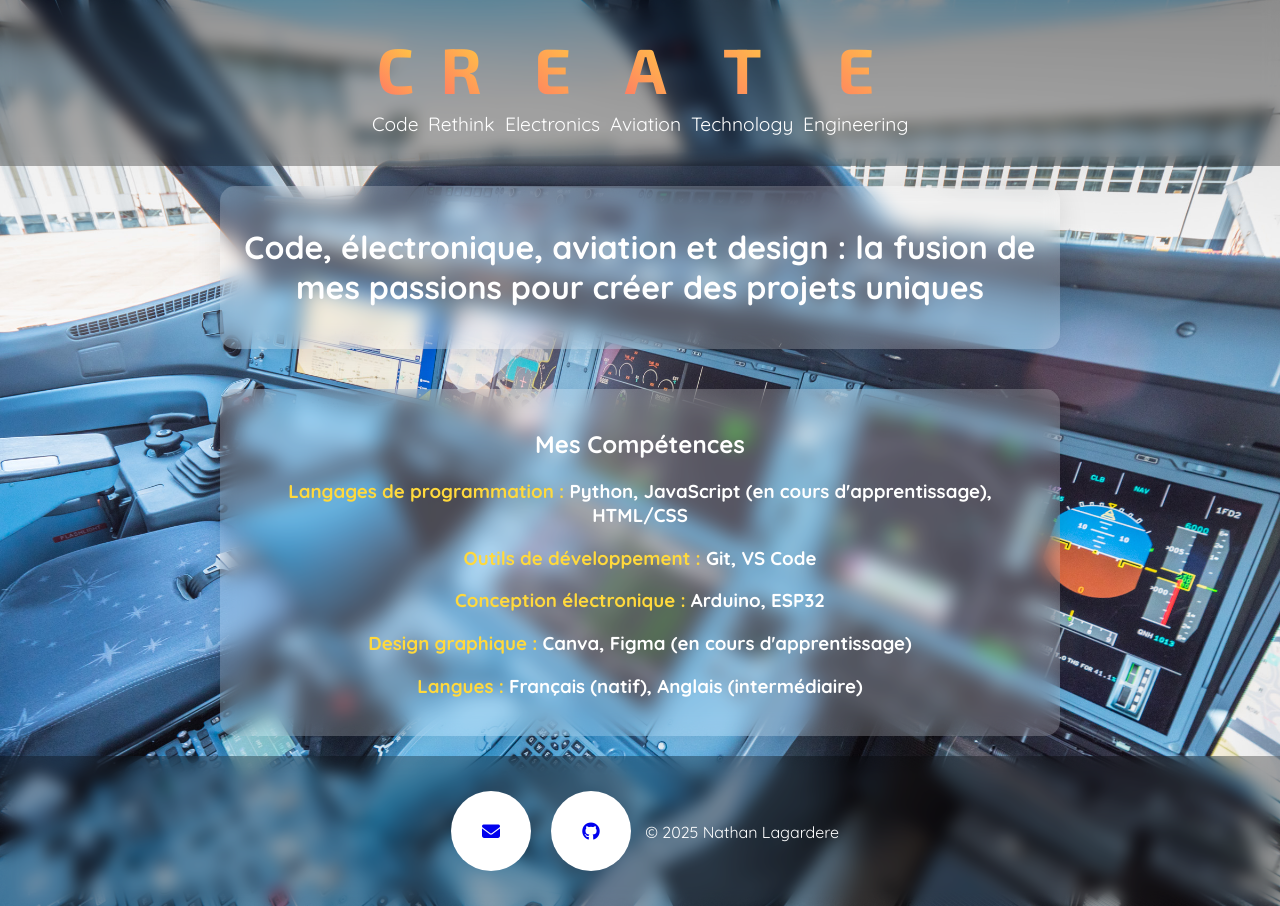
Repository: nlagardere/myportfolio
Page: index.html
These files come from the project's save history. The page is drawn as it stood at one moment and after the next save; the edit follows.
The browser window is 1280 px wide. The pictures show the whole page.

Above is the page before, as saved 2025-09-06 10:15:45.

### index.html
<!DOCTYPE html>
<html lang="fr">
<head>
  <meta charset="UTF-8">
  <meta name="viewport" content="width=device-width, initial-scale=1.0">
  <title>Portfolio</title>

  <!-- Google Fonts -->
  <link href="https://fonts.googleapis.com/css2?family=Exo+2:wght@400;700&family=Quicksand:wght@400;700&display=swap" rel="stylesheet">
  <!-- Font Awesome -->
  <link rel="stylesheet" href="https://cdnjs.cloudflare.com/ajax/libs/font-awesome/6.5.0/css/all.min.css">

  <style>
    /* ========== BODY & LAYOUT ========== */
    body {
      font-family: 'Quicksand', sans-serif;
      margin: 0;
      padding: 0;
      min-height: 100vh;
      display: flex;
      flex-direction: column;
      background: url('a350.jpg') no-repeat center center;
      background-size: cover;
      color: #fff;
    }

    header {
      text-align: center;
      padding: 30px 20px;
      background: rgba(0,0,0,0.3);
      backdrop-filter: blur(8px);
    }

    /* ========== GLASS CARD ========== */
    .glasscard, .competences {
      background: rgba(255, 255, 255, 0.2);
      border-radius: 15px;
      padding: 20px;
      margin: 20px auto;
      max-width: 800px;
      backdrop-filter: blur(10px);
      box-shadow: 0 4px 30px rgba(0,0,0,0.1);
      text-align: center;
      animation: zoomPop 1s ease forwards;
      color: white;
    }

    .highlight {
      color: #FFD93D;
      font-weight: bold;
    }

    @keyframes zoomPop {
      0% { opacity: 0; transform: scale(0.1) translateZ(-800px); }
      60% { opacity: 1; transform: scale(1.2) translateZ(50px); }
      80% { transform: scale(0.95) translateZ(0); }
      100% { opacity: 1; transform: scale(1) translateZ(0); }
    }

    /* ========== ACRONYM ========== */
    .acronym-container {
      display: flex;
      justify-content: center;
      gap: 10px;
      flex-wrap: wrap;
      perspective: 1000px;
    }

    .letter-block {
      flex: none;
      text-align: center;
      opacity: 0;
      transform: scale(0.1) translateZ(-800px);
      animation: zoomPop 0.8s cubic-bezier(0.25, 1.5, 0.5, 1) forwards;
    }

    .letter-block:nth-child(1) { animation-delay: 0s; }
    .letter-block:nth-child(2) { animation-delay: 0.1s; }
    .letter-block:nth-child(3) { animation-delay: 0.2s; }
    .letter-block:nth-child(4) { animation-delay: 0.3s; }
    .letter-block:nth-child(5) { animation-delay: 0.4s; }
    .letter-block:nth-child(6) { animation-delay: 0.5s; }

    .letter-block .letter {
      font-size: 4em;
      font-weight: bold;
      font-family: 'Exo 2', sans-serif;
      background: linear-gradient(45deg, #FF6B6B, #FFD93D);
      -webkit-background-clip: text;
      -webkit-text-fill-color: transparent;
      transition: filter 0.2s;
    }

    .letter-block .letter:hover {
      filter: brightness(1.2);
    }

    .letter-block .desc {
      font-size: 1.2em;
      margin-top: 5px;
    }

    /* ========== SOCIAL ICONS ========== */
    .wrapper {
      display: inline-flex;
      justify-content: center;
      list-style: none;
      padding: 20px 0;
      margin: 0 auto;
    }

    .wrapper .icon {
      position: relative;
      background: #ffffff;
      border-radius: 50%;
      padding: 15px;
      margin: 0 10px;
      width: 50px;
      height: 50px;
      font-size: 18px;
      display: flex;
      justify-content: center;
      align-items: center;
      cursor: pointer;
      transition: all 0.2s cubic-bezier(0.68, -0.55, 0.265, 1.55);
    }

    .wrapper .tooltip {
      position: absolute;
      bottom: 100%;
      left: 50%;
      transform: translateX(-50%) translateY(-10px);
      font-size: 14px;
      background: #333;
      color: #fff;
      padding: 5px 8px;
      border-radius: 5px;
      opacity: 0;
      pointer-events: none;
      white-space: nowrap;
      transition: all 0.3s cubic-bezier(0.68, -0.55, 0.265, 1.55);
      z-index: 10;
    }

    .wrapper .tooltip::before {
      content: "";
      position: absolute;
      top: 100%;
      left: 50%;
      transform: translateX(-50%) rotate(45deg);
      width: 8px;
      height: 8px;
      background: #333;
    }

    .wrapper .icon:hover .tooltip {
      opacity: 1;
      pointer-events: auto;
      transform: translateX(-50%) translateY(-15px);
    }

    .wrapper .mail:hover,
    .wrapper .mail:hover .tooltip,
    .wrapper .mail:hover .tooltip::before {
      background: #00CED1;
      color: #fff;
    }

    .wrapper .github:hover,
    .wrapper .github:hover .tooltip,
    .wrapper .github:hover .tooltip::before {
      background: #333333;
      color: #fff;
    }

    /* ========== FOOTER ========== */
    .footer{
      text-align: center;
      padding: 15px 20px;
      background: rgba(0,0,0,0.3);
      backdrop-filter: blur(8px);
      color: white;
      margin-top: auto; /* ça force le footer en bas */

    }

    /* ========== RESPONSIVE ========== */
    @media (max-width: 600px) {
      .letter-block .letter {
        font-size: 2.5em;
      }
    }

  </style>
</head>
<body>
  <header>
    <div class="acronym-container">
      <div class="letter-block">
        <div class="letter">C</div>
        <div class="desc">Code</div>
      </div>
      <div class="letter-block">
        <div class="letter">R</div>
        <div class="desc">Rethink</div>
      </div>
      <div class="letter-block">
        <div class="letter">E</div>
        <div class="desc">Electronics</div>
      </div>
      <div class="letter-block">
        <div class="letter">A</div>
        <div class="desc">Aviation</div>
      </div>
      <div class="letter-block">
        <div class="letter">T</div>
        <div class="desc">Technology</div>
      </div>
      <div class="letter-block">
        <div class="letter">E</div>
        <div class="desc">Engineering</div>
      </div>
    </div>
  </header>

  <div class="glasscard">
    <h1>Code, électronique, aviation et design : la fusion de mes passions pour créer des projets uniques</h1>
  </div>

  <div class="competences">
    <h2>Mes Compétences</h2>
    <h3><span class="highlight">Langages de programmation :</span> Python, JavaScript (en cours d'apprentissage), HTML/CSS</h3>
    <h3><span class="highlight">Outils de développement :</span> Git, VS Code</h3>
    <h3><span class="highlight">Conception électronique :</span> Arduino, ESP32</h3>
    <h3><span class="highlight">Design graphique :</span> Canva, Figma (en cours d'apprentissage)</h3>
    <h3><span class="highlight">Langues :</span> Français (natif), Anglais (intermédiaire)</h3>
  </div>

  <div class="footer">
    <ul class="wrapper">
      <li class="icon mail">
        <a href="mailto:nathan.lagardere@gmail.com" target="_blank">
          <span class="tooltip">Mail</span>
          <i class="fas fa-envelope"></i>
        </a>
      </li>
      <li class="icon github">
        <a href="https://github.com/nlagardere" target="_blank">
          <span class="tooltip">Github</span>
          <i class="fab fa-github"></i>
        </a>
      </li>
    </ul>
    © 2025 Nathan Lagardere
  </div>
</body>
</html>

After the next save:
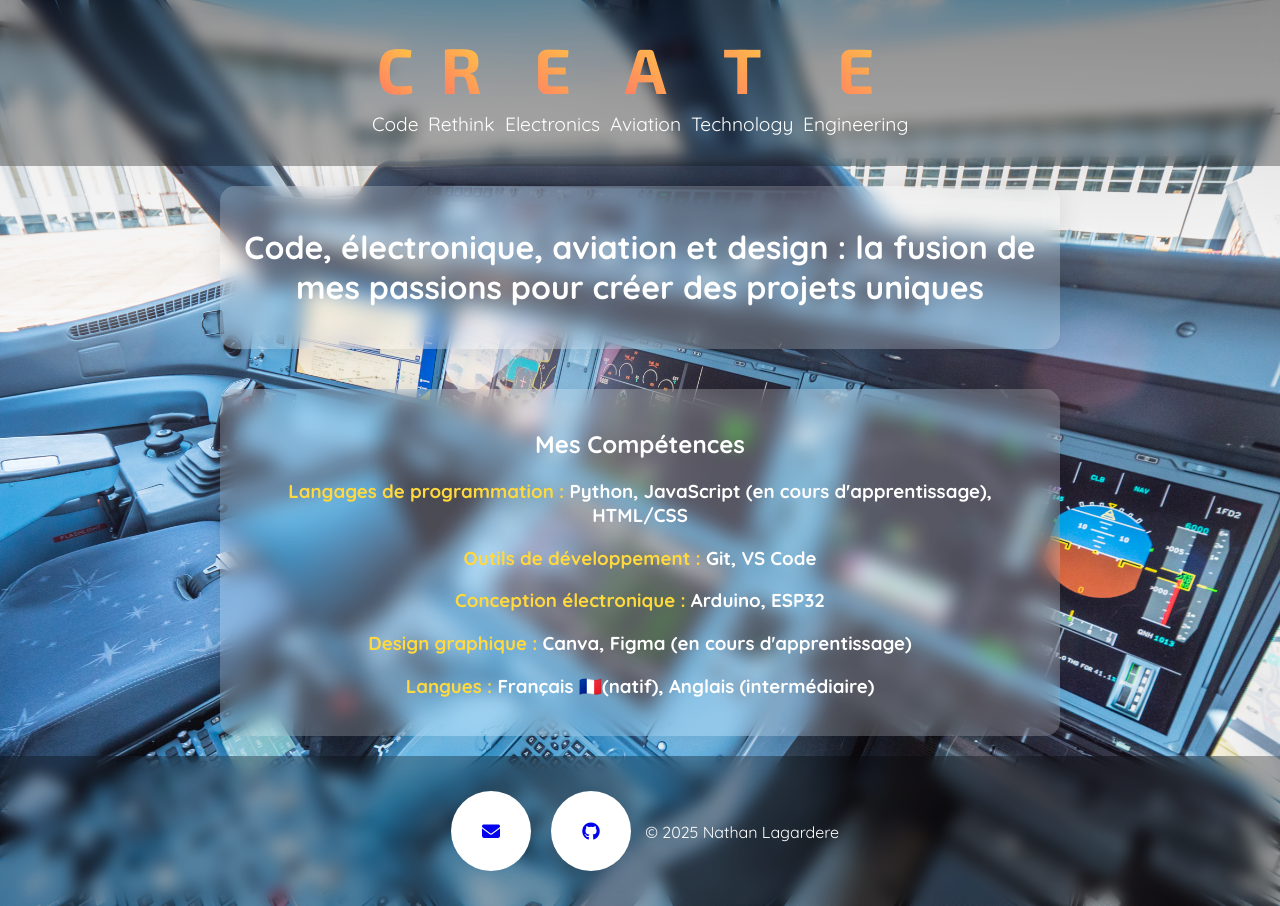
Saved 52 s later.
--- a/index.html
+++ b/index.html
@@ -233,7 +233,7 @@
     <h3><span class="highlight">Outils de développement :</span> Git, VS Code</h3>
     <h3><span class="highlight">Conception électronique :</span> Arduino, ESP32</h3>
     <h3><span class="highlight">Design graphique :</span> Canva, Figma (en cours d'apprentissage)</h3>
-    <h3><span class="highlight">Langues :</span> Français (natif), Anglais (intermédiaire)</h3>
+    <h3><span class="highlight">Langues :</span> Français 🇫🇷(natif), Anglais (intermédiaire)</h3>
   </div>
 
   <div class="footer">

After the save that followed:
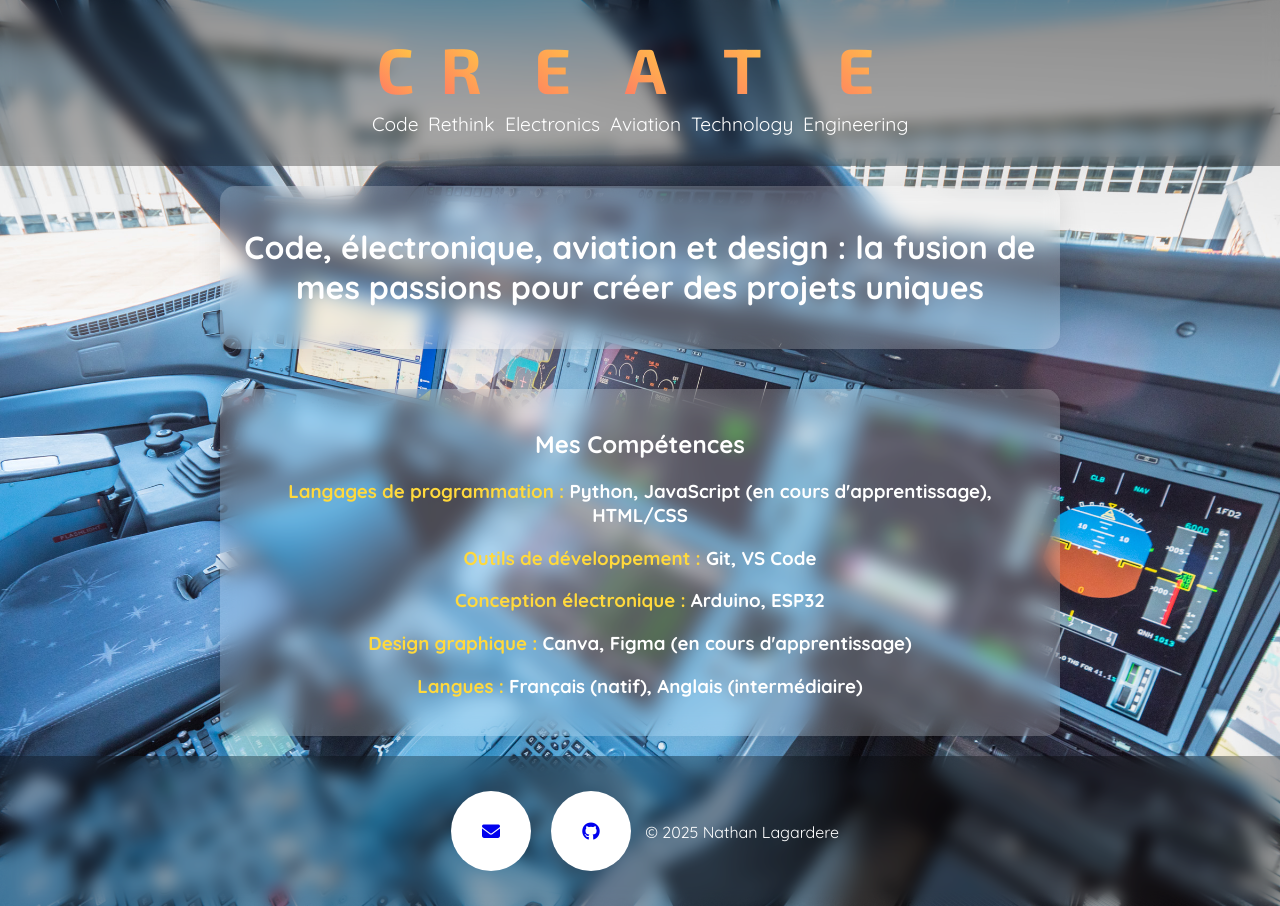
Saved 5 s later.
--- a/index.html
+++ b/index.html
@@ -233,7 +233,7 @@
     <h3><span class="highlight">Outils de développement :</span> Git, VS Code</h3>
     <h3><span class="highlight">Conception électronique :</span> Arduino, ESP32</h3>
     <h3><span class="highlight">Design graphique :</span> Canva, Figma (en cours d'apprentissage)</h3>
-    <h3><span class="highlight">Langues :</span> Français 🇫🇷(natif), Anglais (intermédiaire)</h3>
+    <h3><span class="highlight">Langues :</span> Français (natif), Anglais (intermédiaire)</h3>
   </div>
 
   <div class="footer">
